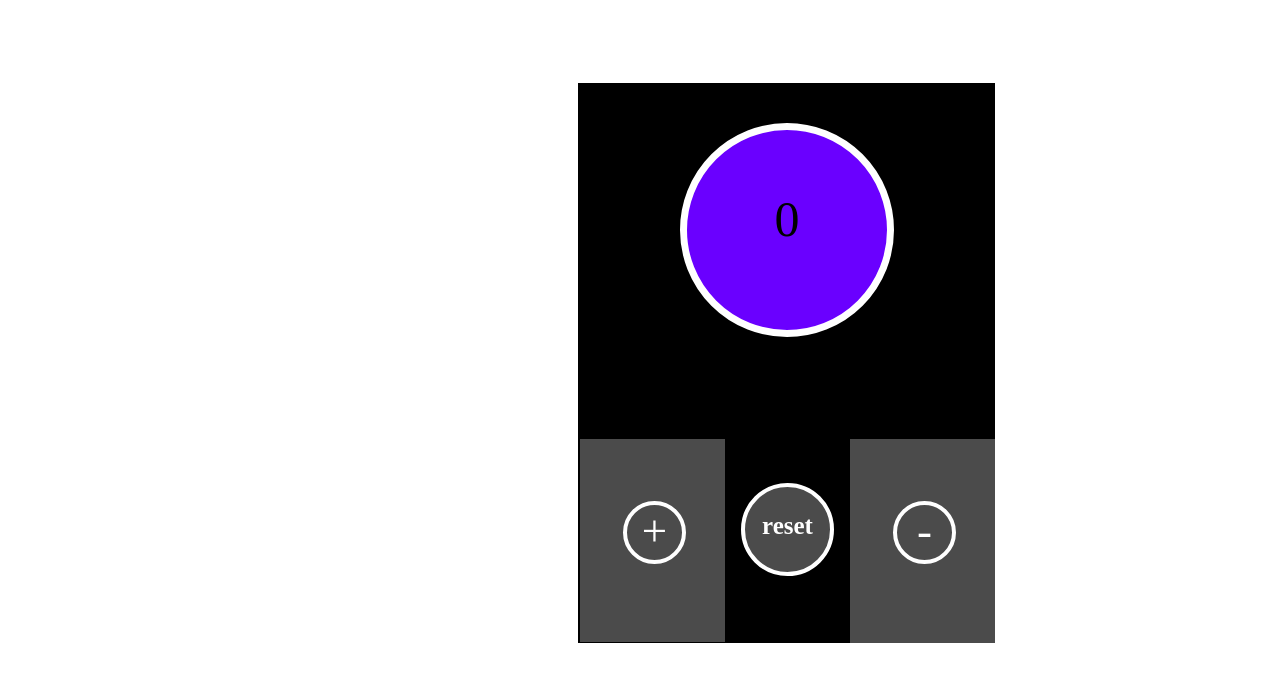
Repository: sara55m/Counter_App
Page: index.html
These files come from the project's save history. The page is drawn as it stood at one moment and after the next save; the edit follows.
The browser window is 1280 px wide. The pictures show the whole page.

Above is the page before, as saved 2024-07-31 18:30:32.

After the next save:
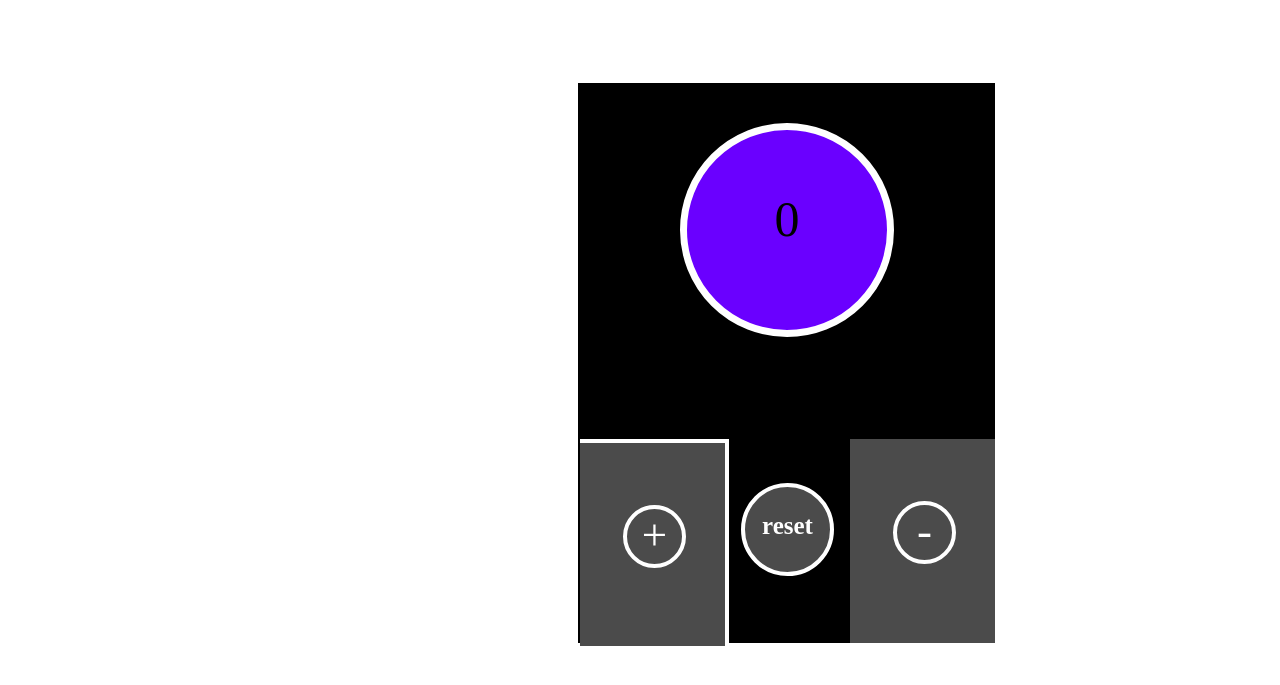
Saved 46 s later.
--- a/css/style.css
+++ b/css/style.css
@@ -34,8 +34,8 @@ p.one{
     height:203px;
     width:145px;
     background-color:#4b4b4b;
-    border-top-color:4px solid white;
-    border-right-color: 4px solid white;
+    border-top:4px solid white;
+    border-right: 4px solid white;
 
 }
 
